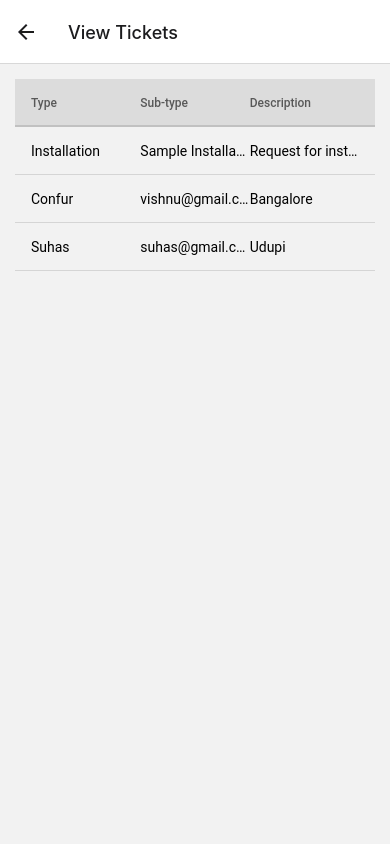
Repository: VishnuJG/Metro-Employee-App
Screen: /View Tickets
The author's editor kept a copy of each file at every save. The screen is drawn from the files as they stood at one save, then again after the next save.
The app was drawn by React Native's web renderer in a window 390 px wide. The project was rebuilt for these pictures with package versions that can differ from the ones it lists, and the page was loaded fresh each time. Also part of the build but not shown: components/Task.js, components/EmployeeForm.js.

Above is the screen before, as saved 2022-06-30 16:03:07.

After the next save:
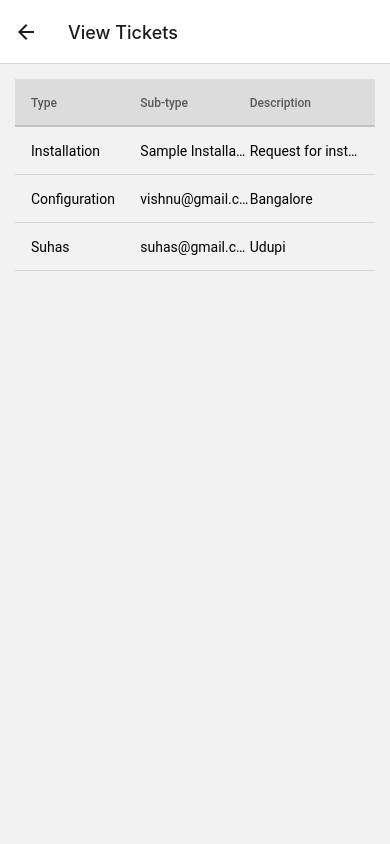
Saved 4 s later.
--- a/components/EmployeeTable.js
+++ b/components/EmployeeTable.js
@@ -9,7 +9,7 @@ const employees = [
         location:'Request for installation of the sample bot'
     },
     {
-        name:'Confur',
+        name:'Configuration',
         email:'vishnu@gmail.com',
         location:'Bangalore'
     },
